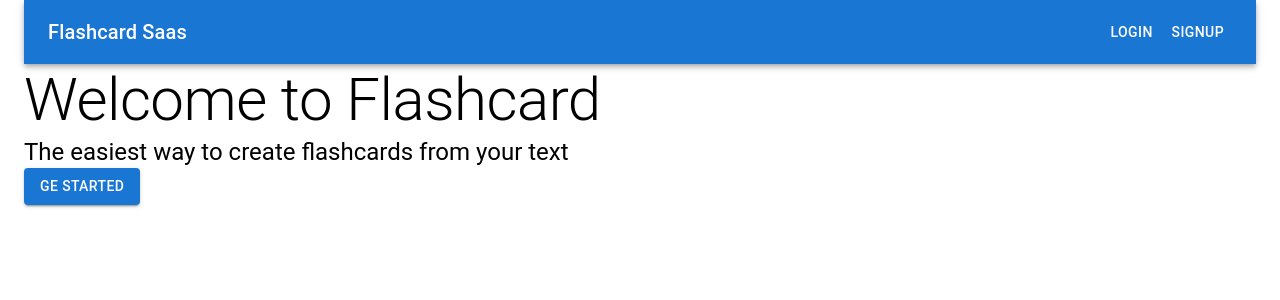
Repository: rakeshpuppala2590/AI-Flashcards-Stripe
Page: /
The author's editor kept a copy of each file at every save. The page is drawn from the files as they stood at one save, then again after the next save.
The browser window is 1280 px wide. The pictures show the whole page.
The page's requests for data from a server got no answer. The project was rebuilt for these pictures with package versions that can differ from the ones it lists, and the page was loaded fresh each time. Some packages were replaced by stand-ins written for this rebuild. The framework's server and built-in components were replaced by stand-ins that run in the browser. No one was signed in, and anything a server would have sent is missing. Also part of the build but not shown: next.config.mjs.

Above is the page before, as saved 2024-08-12 14:41:48.

After the next save:
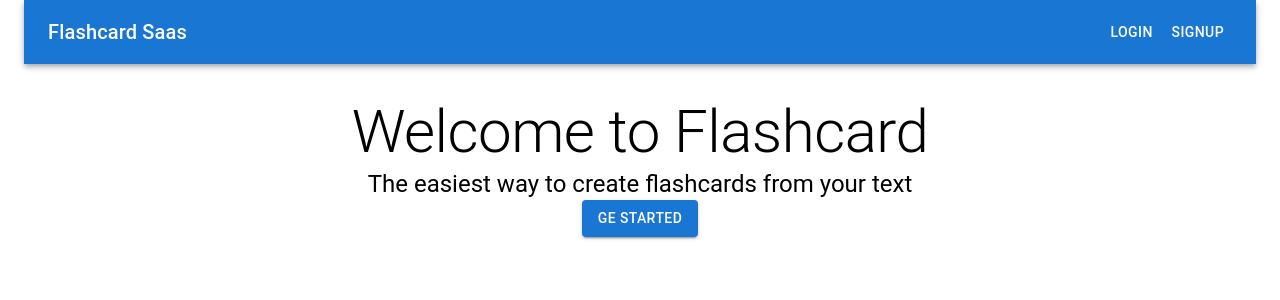
Saved 90 s later.
--- a/src/app/page.js
+++ b/src/app/page.js
@@ -36,7 +36,12 @@ export default function Home() {
         </Toolbar>
       </AppBar>
 
-      <Box>
+      <Box
+        sx={{
+          textAlign: "center",
+          my: 4,
+        }}
+      >
         <Typography variant="h2">Welcome to Flashcard</Typography>
         <Typography variant="h5">
           {" "}
